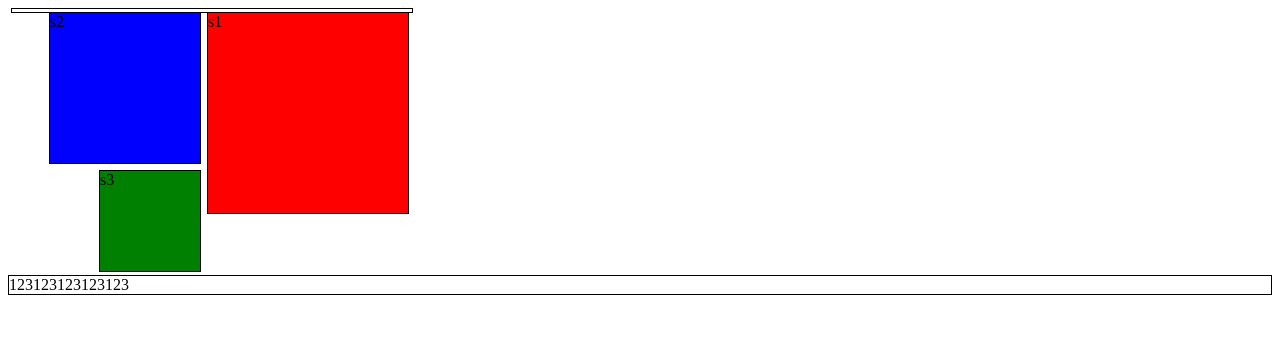
Repository: MasterKweng/workspace
Page: WebBasic/WebContent/Day02/右浮动.html
The author's editor kept a copy of each file at every save. The page is drawn from the files as they stood at one save, then again after the next save.
The browser window is 1280 px wide. The pictures show the whole page.

Above is the page before, as saved 2018-01-05 02:48:46.

### WebBasic/WebContent/Day02/右浮动.html
<!doctype html>
<html>
	<head>
		<title>右浮动</title>
		<meta charset="utf-8"/>
		<style type="text/css">
			div{
				border:1px solid #000;
				margin:3px;
			}
			#father{
				width:400px;
			}
			#son1{
				width:200px;
				height:200px;
				background-color:red;
			}
			#son2{
				width:150px;
				height:150px;
				background-color:blue;
			}
			#son3{
				width:100px;
				height:100px;
				background-color:green;
			}
			p {
				border:1px solid #000;
			}
			#son1,#son2,#son3{
				float:right;
			}
			/*消除对p的影响，但是无法消除对外层div的影响*/
			p{
				clear:right;
			}
			/**/
		</style>
	</head>
	<body>
		<div id="father">
		<div id="son1">s1</div>
		<div id="son2">s2</div>
		<div id="son3">s3</div>
		<!-- 消除浮动影响所用div -->
		<div style="border:0"></div>
		</div>
		<p>123123123123123</p>
	</body>
</html>

After the next save:
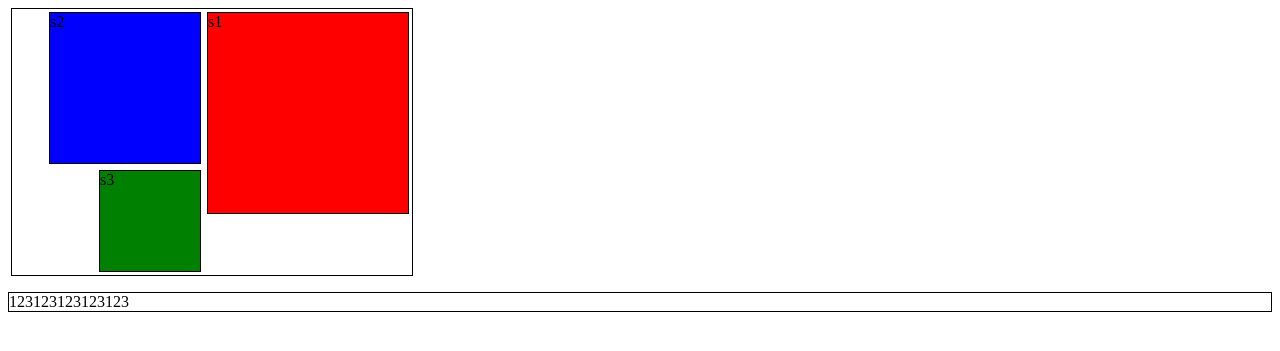
Saved 11 s later.
--- a/WebBasic/WebContent/Day02/右浮动.html
+++ b/WebBasic/WebContent/Day02/右浮动.html
@@ -45,7 +45,7 @@
 		<div id="son2">s2</div>
 		<div id="son3">s3</div>
 		<!-- 消除浮动影响所用div -->
-		<div style="border:0"></div>
+		<div style="border:0;clear:right;"></div>
 		</div>
 		<p>123123123123123</p>
 	</body>
